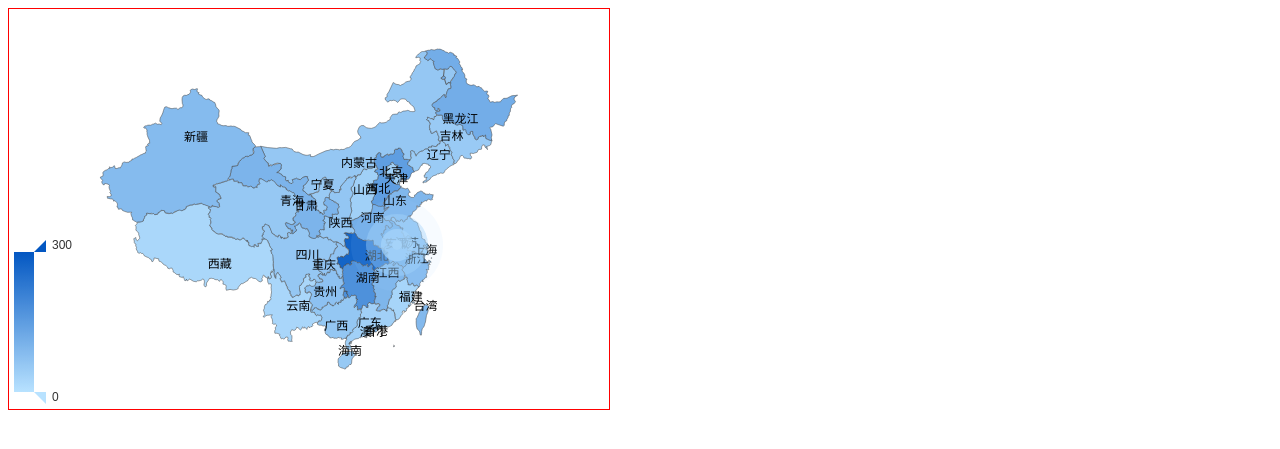
Repository: 572031690/echartssimple
Page: 21.地图常见效果_地图和散点图结合.html
The author's editor kept a copy of each file at every save. The page is drawn from the files as they stood at one save, then again after the next save.
The browser window is 1280 px wide. The pictures show the whole page.

Above is the page before, as saved 2021-08-11 11:17:35.

After the next save:
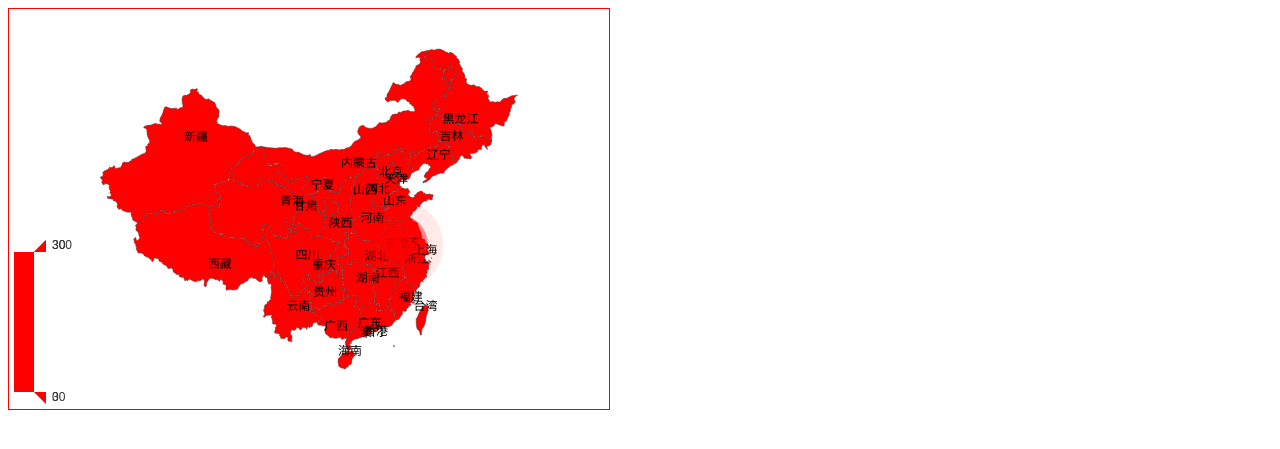
Saved 5 min 48 s later.
--- a/21.地图常见效果_地图和散点图结合.html
+++ b/21.地图常见效果_地图和散点图结合.html
@@ -90,14 +90,23 @@
             }
           }
         ],
-        visualMap: {
+        visualMap: [{
           min: 0,
-          max: 300,
+          max: 30,
           inRange: {
             color: ['#B8E2FF', '#0357C2'] // 控制颜色渐变的范围
           },
           calculable: true // 出现滑块
+        },
+        {
+          min: 30,
+          max: 300,
+          inRange: {
+            color: 'red'// 控制颜色渐变的范围
+          },
+          calculable: true // 出现滑块
         }
+      ]
       }
       mCharts.setOption(option)
     })
